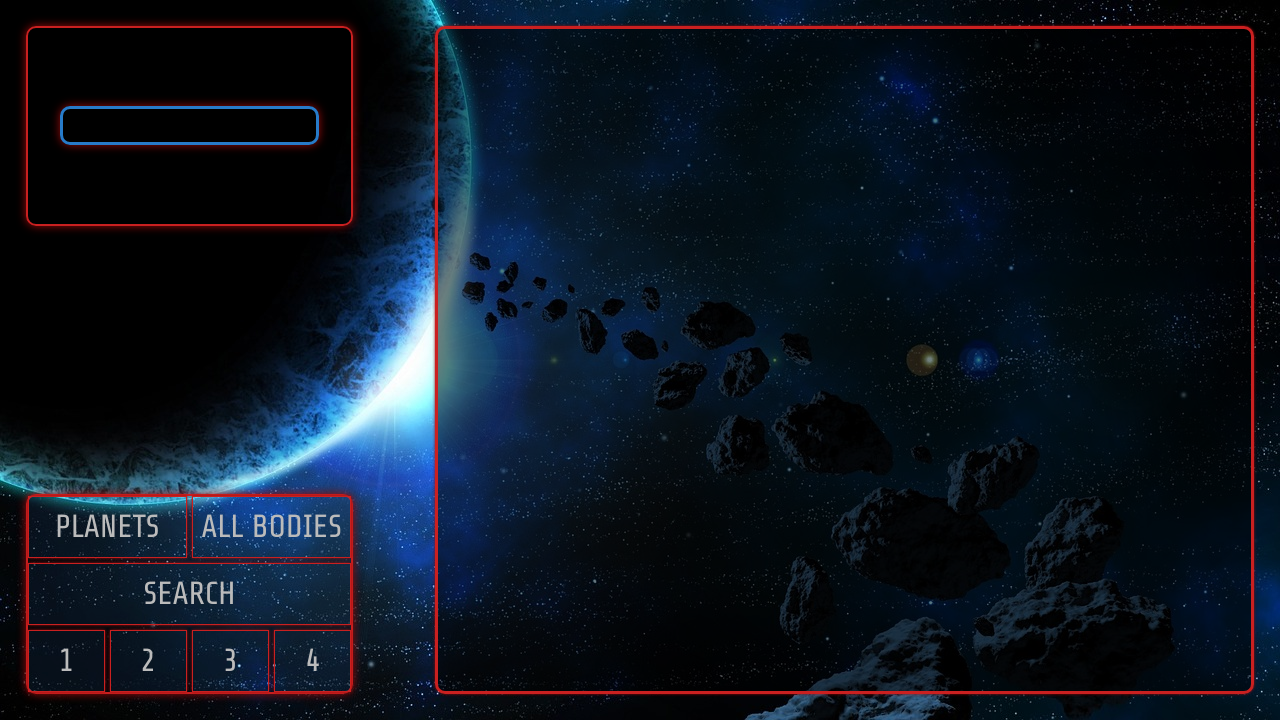
Repository: Przemek-Szadkowski/space-bodies
Page: /
An editor plug-in stored every save of this project. The page is shown before and after the next save, followed by the edit.
The browser window is 1280 px wide. The pictures show the whole page.
The first visible `.search input` has the focus.
The page's requests for data from a server got no answer. The project was rebuilt for these pictures with package versions that can differ from the ones it lists, and the page was loaded fresh each time. No one was signed in, and anything a server would have sent is missing. Also part of the build but not shown: src/components/BodieRecord.js.

Above is the page before, as saved 2021-11-27 14:54:38.

After the next save:
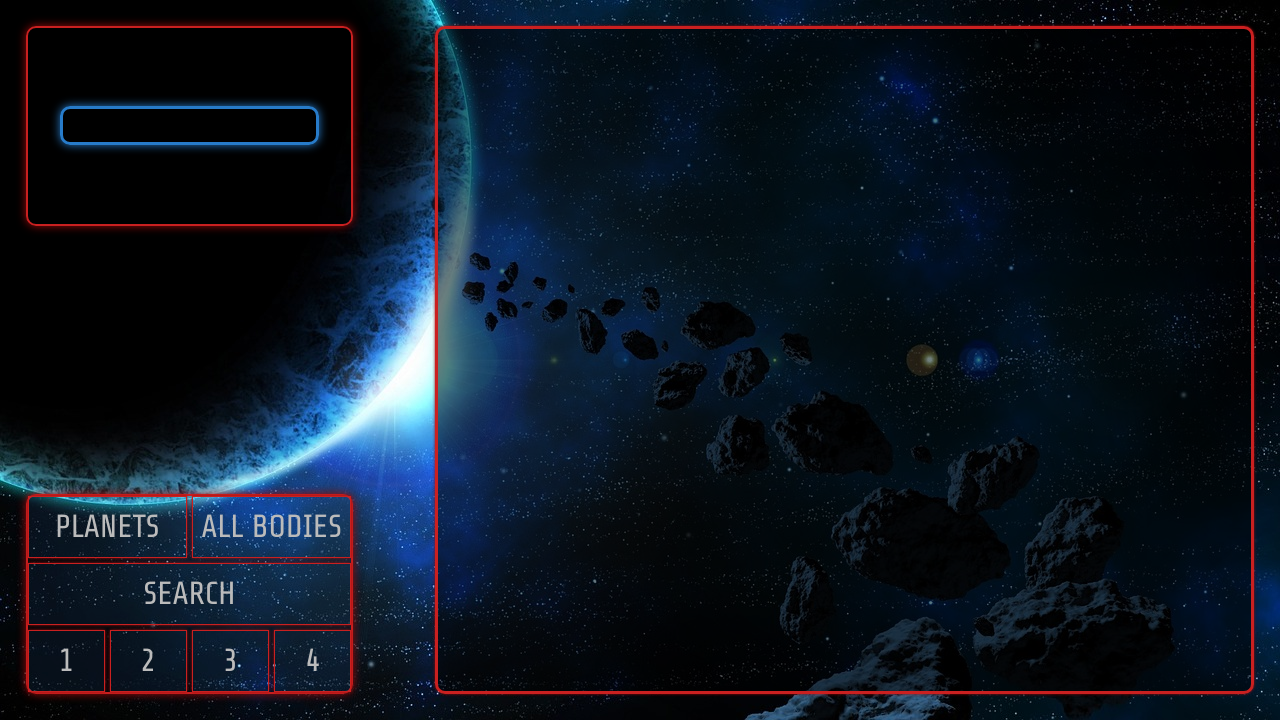
Saved 23 s later.
--- a/src/index.css
+++ b/src/index.css
@@ -174,4 +174,5 @@ main {
 .search input:focus {
   outline: none;
   border: 3px solid rgb(39, 123, 201);
+  box-shadow: 0 0 10px rgb(39, 123, 201);
 }
